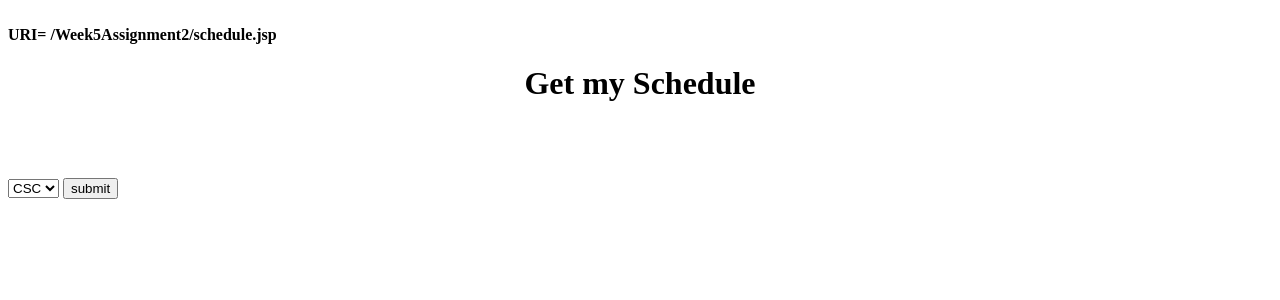
Repository: weshayutin/java258Online
Page: http://localhost/Week5Assignment2/schedule.jsp
The author's editor kept a copy of each file at every save. The page is drawn from the files as they stood at one save, then again after the next save.
The browser window is 1280 px wide. The pictures show the whole page.
The page is served by Tomcat 9.

Above is the page before, as saved 2011-02-16 02:59:18.

After the next save:
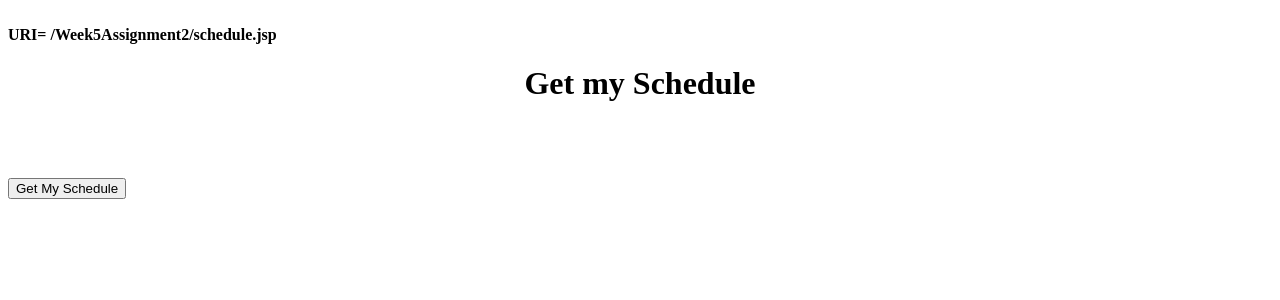
Saved 55 s later.
--- a/workspace/Week5Assignment2/WebContent/schedule.jsp
+++ b/workspace/Week5Assignment2/WebContent/schedule.jsp
@@ -17,12 +17,8 @@
 <h1 align="center">Get my Schedule</h1>
 <br><br><br>
 <form action="ValidateUser.do" name ="criteria" method="POST">
-  <select name=criteria>
-  <option value="CSC">CSC</option>
-  <option value="ENG">ENG</option>
-</select>
 
-	 <input type="SUBMIT" value="submit"/>
+	 <input type="SUBMIT" value="Get My Schedule"/>
 
 </form>
 
